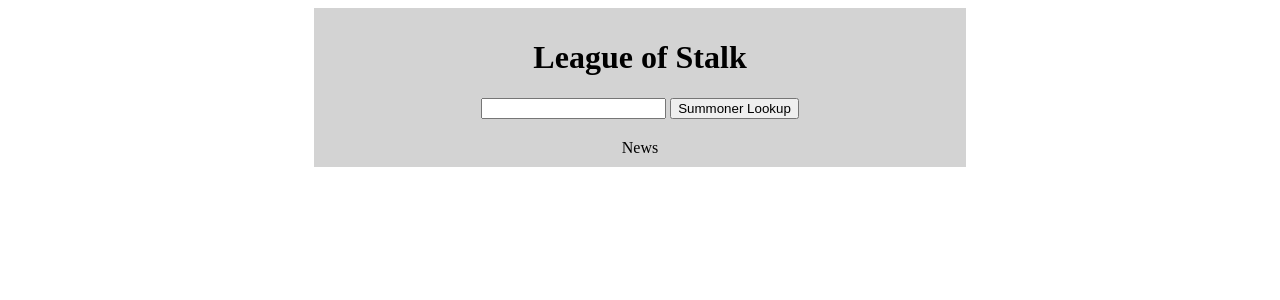
Repository: Dreifingerjpey/TestLos
Page: http://localhost/LeagueOfStalk/
An editor plug-in stored every save of this project. The page is shown before and after the next save, followed by the edit.
The browser window is 1280 px wide. The pictures show the whole page.
The page is served by Tomcat 9.

Above is the page before, as saved 2017-08-05 10:37:22.

After the next save:
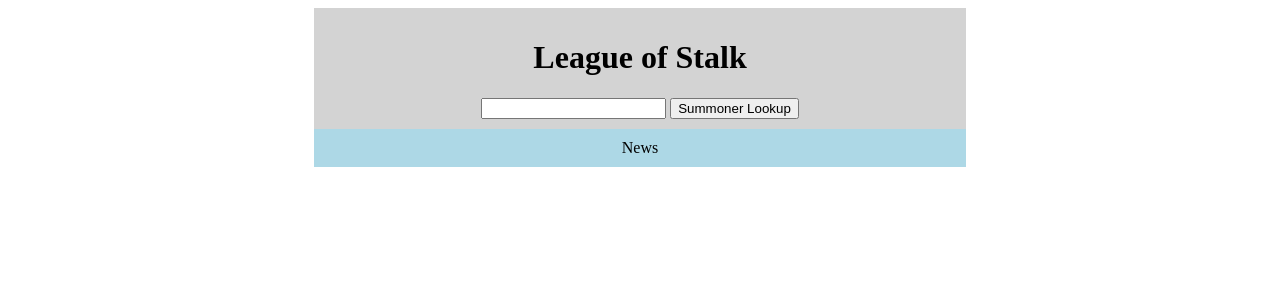
Saved 9 s later.
--- a/Eclipse/LeagueOfStalk/WebContent/CSS/Style.css
+++ b/Eclipse/LeagueOfStalk/WebContent/CSS/Style.css
@@ -21,7 +21,7 @@
 		background-color: lightgrey;
 	}
 	.frontpage{
-		background-color: lightgrey;
+		background-color: lightblue;
 		text-align: center;
 		width: 50%;
 		padding: 10px;
